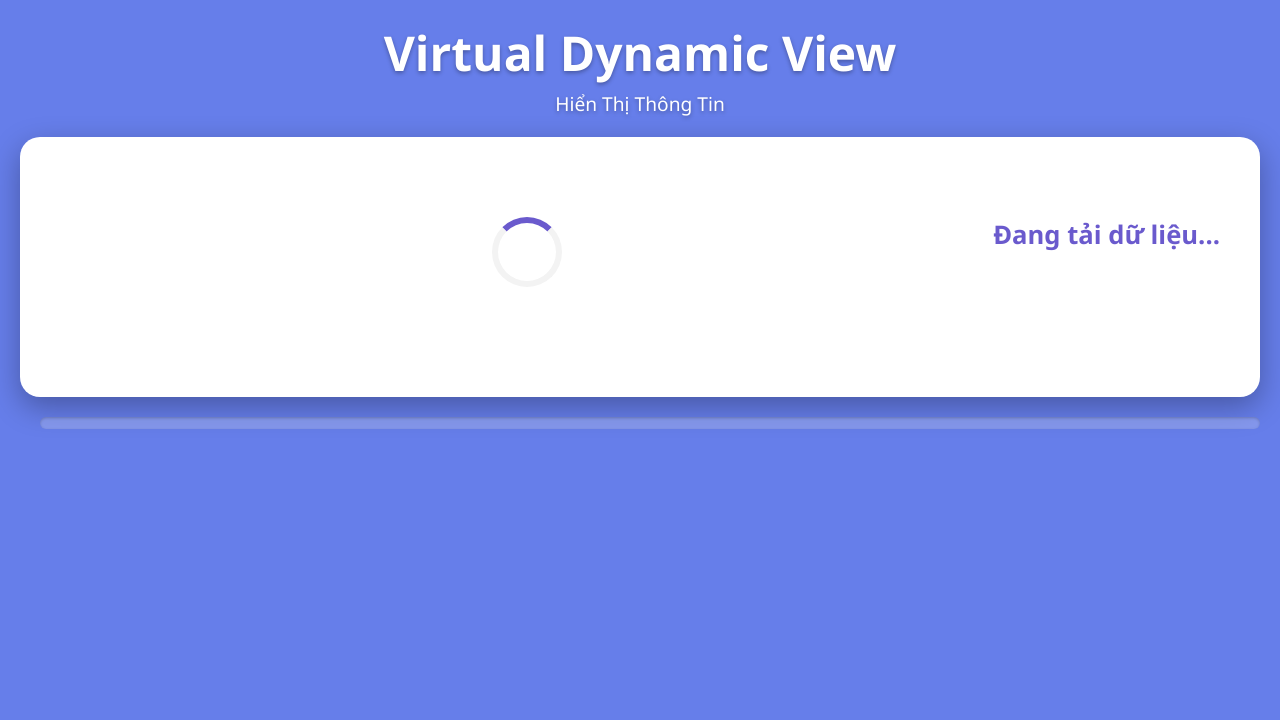
Repository: trunghau06/BaiTapjs_4
Page: index.html
These files come from the project's save history. The page is drawn as it stood at one moment and after a run of saves; the edit follows.
The browser window is 1280 px wide. The pictures show the whole page.
The page's requests for data from a server got no answer.

Above is the page before, as saved 2025-11-01 21:52:05.

### index.html
<!DOCTYPE html>
<html lang="en">
<head>
    <meta charset="UTF-8">
    <meta name="viewport" content="width=device-width, initial-scale=1.0">
    <link rel="stylesheet" href="style.css">
    <link rel="stylesheet" href="https://cdnjs.cloudflare.com/ajax/libs/font-awesome/6.5.0/css/all.min.css">
    <title>Virtual Dynamic View</title>
</head>
<body>
    <div class="container">
        <div class="header">
            <h1>Virtual Dynamic View</h1>
            <p>Hiển Thị Thông Tin</p>
        </div>

        <div class="loader" id="loader">
            <div class="spinner"></div>
            <div class="loader-text">Đang tải dữ liệu...</div>
        </div>

        <div class="fake-scroll-wrapper">
            <div class="fake-scroll" id="fakeScroll"></div>
        </div>

        <div id="cardsContainer" class="cards-container" style="display: none;">
            <div id="cardsSpacer" class="cards-spacer">
                <div id="cardsContent" class="cards-content">

                    <div id="tableView" class="view-wrapper">
                         <table class="data-table">
                            <thead>
                                <tr class="header-row">
                                    <th>ID</th>
                                    <th>Avatar</th>
                                    <th>Name</th>
                                    <th>Company</th>
                                    <th>Genre</th>
                                    <th>Email</th>
                                    <th>Phone</th>
                                    <th>DOB</th>
                                    <th>Color</th>
                                    <th>Timezone</th>
                                    <th>Music</th>
                                    <th>City</th>
                                    <th>State</th>
                                    <th>Address</th>
                                    <th>Street</th>
                                    <th>Building</th>
                                    <th>ZIP</th>
                                    <th>CreatedAt</th>
                                    <th>Password</th>
                                </tr>
                            </thead>
                            <tbody id="tableBody">
                            </tbody>
                        </table>
                    </div>

                    <div id="cardView" class="view-wrapper card-list-grid">
                        </div>

                </div>
            </div>

            <div id="loadingMore" class="loading-more" style="display: none;">
                <div class="spinner"></div>
                <div>Đang tải thêm...</div>
            </div>
        </div>
    </div>
    <script src="main.js"></script>
</body>
</html>

### main.js
class ResponsiveVirtualView {
    constructor() {
        this.data        = []; // luu tat ca du lieu lay tu API
        this.cardsPerRow = 1;  // so card tren 1 hang trong mobile view
        this.visibleRows = 0;  // so hang hien thi tren container
        this.bufferRows  = 5;  // so hang buffer de render truoc/sau khi scroll
        this.startIndex  = 0;  // index bat dau render trong data
        this.endIndex    = 0;  // index ket thuc render trong data
        this.isLoading   = false;
        this.hasMore     = true;
        this.currentPage = 1;
        this.rowHeight   = 0;

        this.renderedCardIds = new Set();

        this.cardsContainer = document.getElementById('cardsContainer');
        this.cardsSpacer    = document.getElementById('cardsSpacer');
        this.cardsContent   = document.getElementById('cardsContent');

        this.tableBody      = document.getElementById('tableBody');
        this.tableView      = document.getElementById('tableView');
        this.cardView       = document.getElementById('cardView');

        this.loader         = document.getElementById('loader');
        this.loadingMore    = document.getElementById('loadingMore');

        this.table          = document.querySelector('.data-table');
        this.fakeScroll     = document.getElementById('fakeScroll');
        this.fakeWrapper    = document.querySelector('.fake-scroll-wrapper');

        this.init();
    }

    get isMobileView() {
        return window.innerWidth <= 768; // kiem tra xem hien tai co phai mobile view hay khong
    }

   async init() {
        const loader = document.getElementById('loader');
        loader.style.display = 'flex';

        const timeoutPromise = new Promise(resolve => setTimeout(resolve, 1000));

        // Gọi API
        const apiPromise = fetch('https://671891927fc4c5ff8f49fcac.mockapi.io/v2/users')
            .then(res => res.json());

        const result = await Promise.race([apiPromise, timeoutPromise]);

        loader.style.display = 'none';
        document.getElementById('cardsContainer').style.display = 'block';

        if (!result) {
            apiPromise.then(data => {
                this.data = data;
                this.render();
            });
        } else {
            this.data = result;
            this.render();
        }
    }


    async loadInitialData() {
        const promises = [];
        for (let page = 1; page <= 5; page++) { // lay 5 trang dau tien tu API
            promises.push(
                fetch(`https://671891927fc4c5ff8f49fcac.mockapi.io/v2?page=${page}&limit=20`)
                    .then(res => res.json())
            );
        }

        try {
            const results = await Promise.all(promises); // cho tat ca promise hoan thanh
            this.data = results.flat();
            this.data.sort((a, b) => Number(a.id) - Number(b.id)); // sap xep theo id
            this.currentPage = 6; // cap nhat trang hien tai tiep theo
        } catch (error) {
            console.error("Error loading initial data:", error);
        }
    }

    async loadData() {
        if (this.isLoading || !this.hasMore) return;
        this.isLoading = true;
        this.loadingMore.style.display = "block";

        try {
            const response = await fetch(
                `https://671891927fc4c5ff8f49fcac.mockapi.io/v2?page=${this.currentPage}&limit=20`
            );
            const newData = await response.json();

            if (newData.length === 0) {
                this.hasMore = false; // khong con du lieu de load
            } else {
                this.data = [...this.data, ...newData]; // them du lieu moi vao mang data
                this.data.sort((a, b) => Number(a.id) - Number(b.id)); // sap xep lai theo id
                this.currentPage++;
                this.render();
            }
        } catch (error) {
            console.error("Error loading more data:", error);
        }

        this.isLoading = false;
        this.loadingMore.style.display = 'none';
    }

    updateViewMode() {
        // can goi lai khi resize
    }

    createTemporaryElement() {
        const targetContainer = this.isMobileView ? this.cardView : this.tableBody;
        const className       = this.isMobileView ? '.card' : '.data-row';

        if (this.data.length > 0 && !targetContainer.querySelector(className)) {
            const sampleElement = this.isMobileView
                ? this.createCardElement(this.data[0])
                : this.createRowElement(this.data[0]);

            sampleElement.style.visibility = 'hidden';
            sampleElement.id = 'temp-el-for-measurement';
            targetContainer.appendChild(sampleElement);
        }
    }

    removeTemporaryElement() {
        const tempElement = document.getElementById('temp-el-for-measurement');
        if (tempElement) {
            tempElement.parentElement.removeChild(tempElement);
        }
    }

    calculateLayout() {
        const targetContainer = this.isMobileView ? this.cardView : this.tableBody;
        const className       = this.isMobileView ? '.card' : '.data-row';
        const gap             = this.isMobileView ? 15 : 0;

        this.cardsPerRow      = 1; // chi 1 card tren 1 hang trong mobile

        const firstElement    = targetContainer.querySelector(className);

        if (firstElement) {
            const rect        = firstElement.getBoundingClientRect();
            this.rowHeight    = rect.height + gap;
        } else {
            this.rowHeight    = this.isMobileView ? 250 : 80;
        }

        if (this.rowHeight > 0) {
            const containerHeight = this.cardsContainer.clientHeight;
            this.visibleRows      = Math.ceil(containerHeight / this.rowHeight) + 1; // so hang hien thi
        } else {
            this.visibleRows      = 10;
            this.rowHeight        = 80;
        }
    }

    setupScrollListener() {
        let ticking = false;
        this.cardsContainer.addEventListener('scroll', () => {
            if (!ticking) {
                window.requestAnimationFrame(() => {
                    this.render();
                    this.checkLoadMore();
                    ticking = false;
                });
                ticking = true;
            }
        });
    }


    setupResizeListener() {
        let resizeTimeout;
        window.addEventListener('resize', () => {
            clearTimeout(resizeTimeout);
            resizeTimeout = setTimeout(() => {
                this.updateViewMode();
                this.createTemporaryElement();
                this.calculateLayout();
                this.removeTemporaryElement();
                this.render();
            }, 300);
        });
    }

    checkLoadMore() {
        const scrollTop        = this.cardsContainer.scrollTop;
        const scrollHeight     = this.cardsContainer.scrollHeight;
        const clientHeight     = this.cardsContainer.clientHeight;
        const scrollPercentage = (scrollTop + clientHeight) / scrollHeight;

        if (scrollPercentage > 0.8 && !this.isLoading && this.hasMore) {
            this.loadData();
        }
    }

    setupHorizontalSync() {
        const table       = document.querySelector('.data-table');
        const fakeScroll  = document.getElementById('fakeScroll');
        const fakeWrapper = document.querySelector('.fake-scroll-wrapper');

        if (!fakeScroll || !fakeWrapper || !table) return;

        fakeScroll.style.width             = table.scrollWidth + 'px';

        fakeWrapper.addEventListener('scroll', () => {
            this.cardsContainer.scrollLeft = fakeWrapper.scrollLeft; // dong bo scroll ngang
        });

        this.cardsContainer.addEventListener('scroll', () => {
            if (!this.isMobileView) {
                fakeWrapper.scrollLeft     = this.cardsContainer.scrollLeft;
            }
        });

        fakeWrapper.style.display          = this.isMobileView ? 'none' : 'block'; // an fake scroll khi mobile
    }
    render() {
        this.updateViewMode();

        if (this.data.length   === 0 || this.rowHeight === 0) {
            this.createTemporaryElement();
            this.calculateLayout();
            this.removeTemporaryElement();
            if (this.rowHeight === 0) return;
        }

        const scrollTop = this.cardsContainer.scrollTop;
        const startRow = Math.floor(scrollTop / this.rowHeight);

        const adjustedStartRow = Math.max(0, startRow - this.bufferRows);
        this.startIndex = adjustedStartRow; // cap nhat start index

        const totalRowsToRender = this.visibleRows + 2 * this.bufferRows;
        const targetEndRow = adjustedStartRow + totalRowsToRender;
        this.endIndex = Math.min(this.data.length, targetEndRow); // cap nhat end index

        const totalRows = this.data.length;
        const totalHeight = totalRows * this.rowHeight;
        this.cardsSpacer.style.height = totalHeight + 'px'; // set height spacer

        const offsetY = adjustedStartRow * this.rowHeight;
        this.cardsContent.style.paddingTop = offsetY + 'px'; // offset top cho virtual scroll

        this.renderVisibleElements();
    }

    renderVisibleElements() {
        const targetContainer = this.isMobileView ? this.cardView : this.tableBody;
        const viewToShow = this.isMobileView ? this.cardView : this.tableView;
        const viewToHide = this.isMobileView ? this.tableView : this.cardView;

        viewToShow.style.display = 'block';
        viewToHide.style.display = 'none';

        if (this.fakeWrapper) {
             this.fakeWrapper.style.display = this.isMobileView ? 'none' : 'block';
        }

        const visibleData = this.data.slice(this.startIndex, this.endIndex);
        const newVisibleIds = new Set(visibleData.map(item => Number(item.id)));

        const fragment = document.createDocumentFragment();

        let nodesToRemove = [];
        Array.from(targetContainer.children).forEach(node => {
            const nodeId = Number(node.dataset.id);
            if (!newVisibleIds.has(nodeId)) {
                nodesToRemove.push(node);
                this.renderedCardIds.delete(nodeId);
            }
        });

        nodesToRemove.forEach(node => targetContainer.removeChild(node));

        visibleData.forEach(item => {
            let element = targetContainer.querySelector(`[data-id="${item.id}"]`);

            if (!element) {
                element = this.isMobileView ? this.createCardElement(item) : this.createRowElement(item); // tao element moi neu chua co
                this.renderedCardIds.add(Number(item.id));
            }
            fragment.appendChild(element);
        });

        targetContainer.appendChild(fragment); // append tat ca element vao container
    }

    createRowElement(item) {
        const tempTBody     = document.createElement('tbody');
        tempTBody.innerHTML = String(this.createRowHTML(item)).trim();

        if (!tempTBody.firstChild || tempTBody.firstChild.nodeName !== 'TR') {
            return document.createElement('tr');
        }

        const rowElement    = tempTBody.firstChild;
        rowElement.setAttribute('data-id', item.id); // set data-id cho row
        return rowElement;
    }

    createRowHTML(item) {
        const isMale     = item.genre?.toLowerCase() === 'male';
        const badgeClass = isMale ? 'badge-male' : 'badge-female';
        const badgeText  = isMale ? 'Nam' : 'Nu';
        const badgeIcon  = isMale ? 'fa-mars' : 'fa-venus';

        return `
            <tr class="data-row" data-id="${item.id}">
                <td>${item.id || 'N/A'}</td>
                <td><img src="${item.avatar}" alt="${item.name}" class="avatar-small" loading="lazy"></td>
                <td>${item.name || 'N/A'}</td>
                <td>${item.company || 'N/A'}</td>
                <td>
                    <span class="card-badge ${badgeClass}">
                        <i class="fa-solid ${badgeIcon}"></i> ${badgeText}
                    </span>
                </td>
                <td>${item.email || 'N/A'}</td>
                <td>${item.phone || 'N/A'}</td>

                <td>${item.dob || 'N/A'}</td>
                <td><span style="color:${item.color || '#000'}; font-weight: 700;">${item.color || 'N/A'}</span></td>
                <td>${item.timezone || 'N/A'}</td>
                <td>${item.music || 'N/A'}</td>
                <td>${item.city || 'N/A'}</td>
                <td>${item.state || 'N/A'}</td>

                <td>${item.address || 'N/A'}</td>
                <td>${item.street || 'N/A'}</td>
                <td>${item.building || 'N/A'}</td>
                <td>${item.zip || item.zipcode || 'N/A'}</td>
                <td>${item.createdAt || 'N/A'}</td>
                <td>${item.password || 'N/A'}</td>
            </tr>
        `;
    }


    createCardElement(item) {
        const tempDiv     = document.createElement('div');
        tempDiv.innerHTML = String(this.createCardHTML(item)).trim();

        if (!tempDiv.firstChild) {
            return document.createElement('div');
        }

        const cardElement = tempDiv.firstChild;
        cardElement.setAttribute('data-id', item.id); // set data-id cho card
        return cardElement;
    }

    createCardHTML(item) {
        const isMale     = item.genre?.toLowerCase() === 'male';
        const genderText = isMale ? 'Nam' : 'Nữ';
        const colorValue = item.color || '#000';

        return `
            <div class="card" data-id="${item.id}">
                <div class="card-header">
                    <img src="${item.avatar}" alt="${item.name}" class="avatar" loading="lazy">
                    <div class="card-info">
                        <div class="card-name">${item.name || 'N/A'}</div>
                        <div class="card-company">${item.company || 'N/A'}</div>
                    </div>
                    <span class="card-badge ${isMale ? 'badge-male' : 'badge-female'}">
                         ${genderText}
                    </span>
                </div>
                <div class="card-body">
                    <div class="card-item"><i class="fa-solid fa-id-badge card-icon"></i> <strong>ID:</strong> ${item.id || 'N/A'}</div>
                    <div class="card-item"><i class="fa-regular fa-calendar-plus card-icon"></i> <strong>Created At:</strong> ${item.createdAt || 'N/A'}</div>
                    <div class="card-item"><i class="fa-solid fa-user card-icon"></i> <strong>Name:</strong> ${item.name || 'N/A'}</div>
                    <div class="card-item"><i class="fa-solid fa-venus-mars card-icon"></i> <strong>Genre:</strong> ${item.genre || 'N/A'}</div>
                    <div class="card-item"><i class="fa-solid fa-building card-icon"></i> <strong>Company:</strong> ${item.company || 'N/A'}</div>
                    <div class="card-item"><i class="fa-solid fa-calendar-days card-icon"></i> <strong>DOB:</strong> ${item.dob || 'N/A'}</div>
                    <div class="card-item"><i class="fa-solid fa-clock card-icon"></i> <strong>Timezone:</strong> ${item.timezone || 'N/A'}</div>
                    <div class="card-item"><i class="fa-solid fa-palette card-icon"></i> <strong>Color:</strong> <span style="color:${colorValue};">${colorValue}</span></div>
                    <div class="card-item"><i class="fa-solid fa-music card-icon"></i> <strong>Music:</strong> ${item.music || 'N/A'}</div>
                    <div class="card-item"><i class="fa-solid fa-map-location-dot card-icon"></i> <strong>Address:</strong> ${item.address || 'N/A'}</div>
                    <div class="card-item"><i class="fa-solid fa-city card-icon"></i> <strong>City:</strong> ${item.city || 'N/A'}</div>
                    <div class="card-item"><i class="fa-solid fa-map card-icon"></i> <strong>State:</strong> ${item.state || 'N/A'}</div>
                    <div class="card-item"><i class="fa-solid fa-road card-icon"></i> <strong>Street:</strong> ${item.street || 'N/A'}</div>
                    <div class="card-item"><i class="fa-solid fa-building-columns card-icon"></i> <strong>Building:</strong> ${item.building || 'N/A'}</div>
                    <div class="card-item"><i class="fa-solid fa-hashtag card-icon"></i> <strong>ZIP:</strong> ${item.zip || item.zipcode || 'N/A'}</div>
                    <div class="card-item"><i class="fa-solid fa-envelope card-icon"></i> <strong>Email:</strong> ${item.email || 'N/A'}</div>
                    <div class="card-item"><i class="fa-solid fa-phone card-icon"></i> <strong>Phone:</strong> ${item.phone || 'N/A'}</div>
                    <div class="card-item"><i class="fa-solid fa-lock card-icon"></i> <strong>Password:</strong> ${item.password || 'N/A'}</div>
                </div>
            </div>
        `;
    }
}

new ResponsiveVirtualView();

Loaded but not shown: style.css (462 lines, source omitted)

After the next 4 saves:
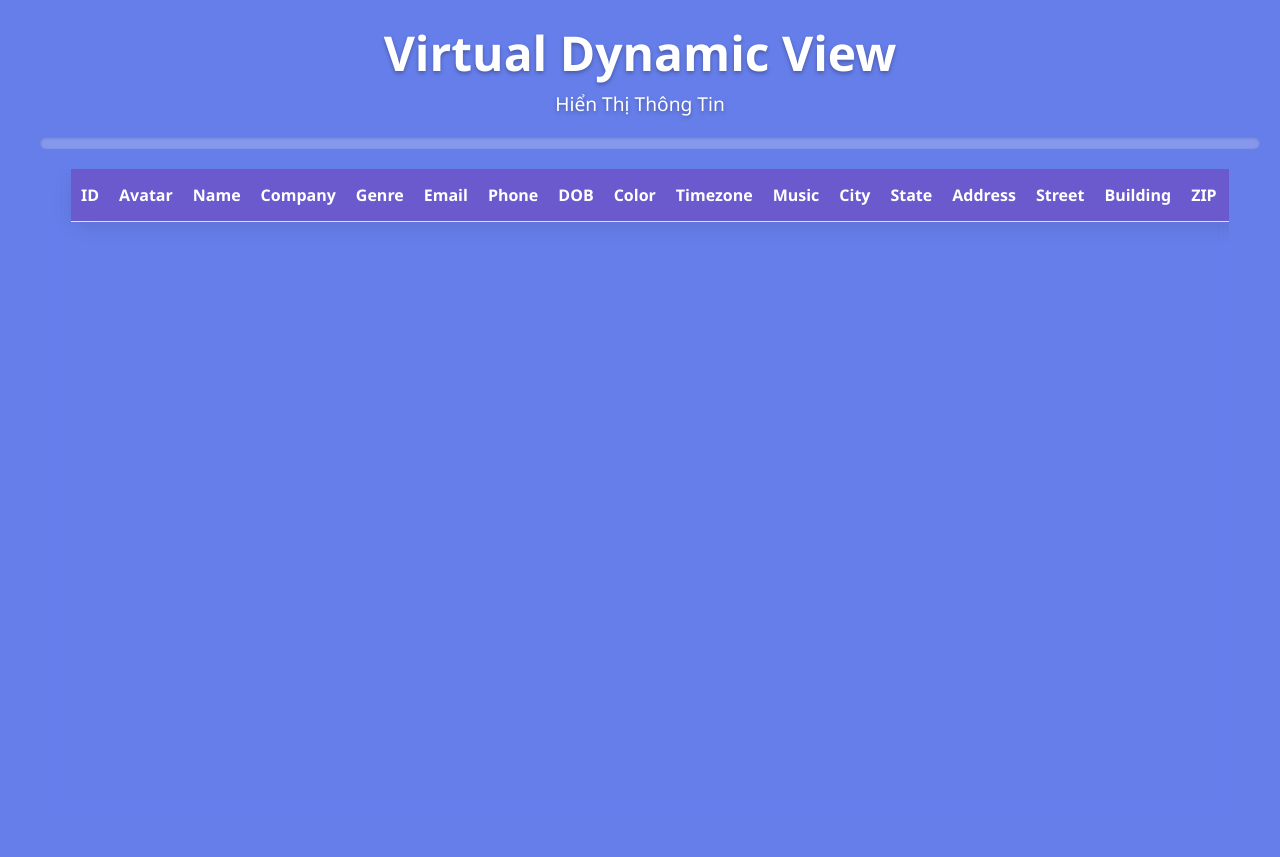
The 4 saves are shown as one change because they came seconds apart.
The last was saved 63 s later.
--- a/main.js
+++ b/main.js
@@ -35,32 +35,24 @@ class ResponsiveVirtualView {
         return window.innerWidth <= 768; // kiem tra xem hien tai co phai mobile view hay khong
     }
 
-   async init() {
-        const loader = document.getElementById('loader');
-        loader.style.display = 'flex';
-
-        const timeoutPromise = new Promise(resolve => setTimeout(resolve, 1000));
-
-        // Gọi API
-        const apiPromise = fetch('https://671891927fc4c5ff8f49fcac.mockapi.io/v2/users')
-            .then(res => res.json());
-
-        const result = await Promise.race([apiPromise, timeoutPromise]);
-
-        loader.style.display = 'none';
-        document.getElementById('cardsContainer').style.display = 'block';
-
-        if (!result) {
-            apiPromise.then(data => {
-                this.data = data;
-                this.render();
-            });
-        } else {
-            this.data = result;
+    async init() {
+        await this.loadInitialData(); // load du lieu ban dau tu API
+        this.cardsContainer.style.display = 'block';
+
+        window.requestAnimationFrame(() => {
+            this.updateViewMode();
+
+            this.createTemporaryElement();
+            this.calculateLayout();
+            this.removeTemporaryElement();
+
+            this.setupScrollListener();
+            this.setupResizeListener();
+            this.setupHorizontalSync();
             this.render();
-        }
-    }
-
+            this.loader.style.display = 'none';
+        });
+    }
 
     async loadInitialData() {
         const promises = [];
